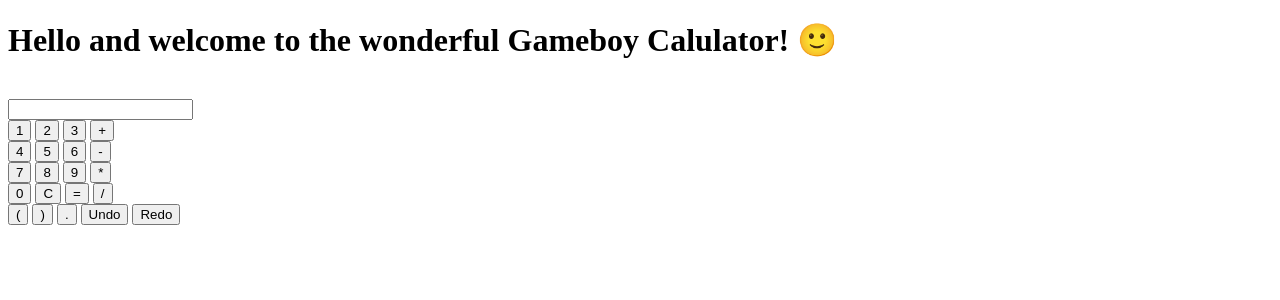
Repository: CrazyPaine/GameBoy-Calculator
Page: index.html
These files come from the project's save history. The page is drawn as it stood at one moment and after the next save; the edit follows.
The browser window is 1280 px wide. The pictures show the whole page.

Above is the page before, as saved 2024-02-02 17:48:34.

After the next save:
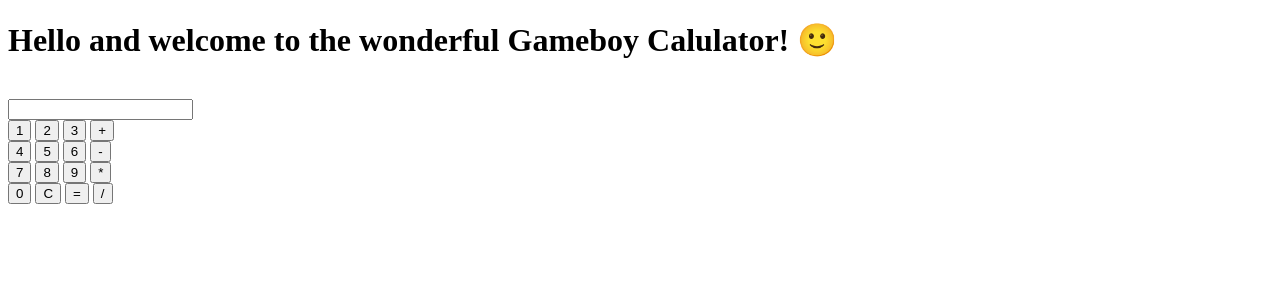
Saved 7 s later.
--- a/index.html
+++ b/index.html
@@ -34,11 +34,6 @@
             <button onclick="calculateResult()" class = "button">=</button>
             <button onclick="appendToDisplay('/')" class = "button">/</button>
             <br>
-            <button onclick="appendToDisplay('(')" class="button">(</button>
-            <button onclick="appendToDisplay(')')" class="button">)</button>
-            <button onclick="addDecimalPoint()" class="button">.</button>
-            <button onclick="undo()" class="button">Undo</button>
-            <button onclick="redo()" class="button">Redo</button>
 
     </div>
 </body>
